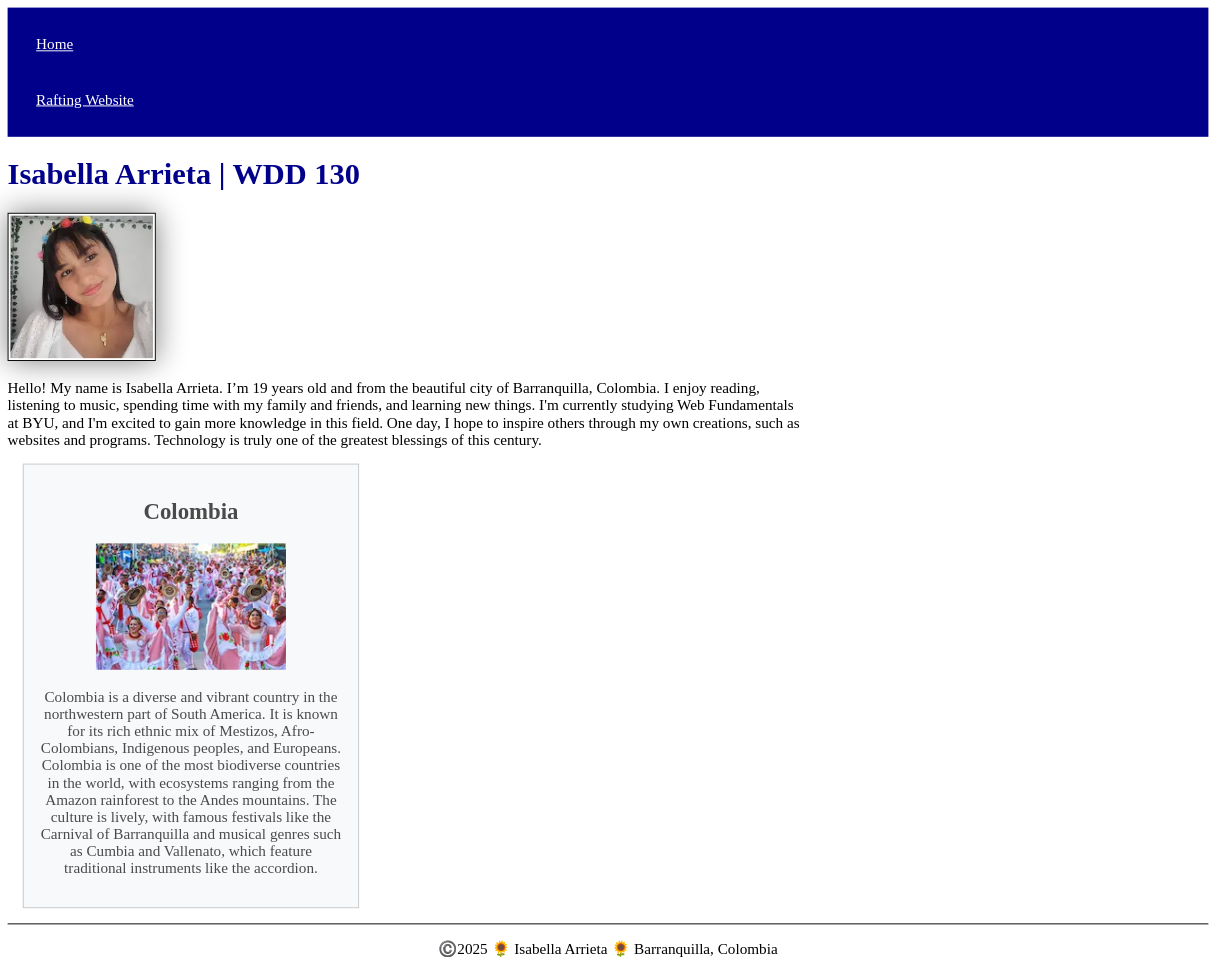
Repository: isaAJ05/wdd130
Page: index.html
An editor plug-in stored every save of this project. The page is shown before and after the next save, followed by the edit.
The browser window is 1280 px wide. The pictures show the whole page, at 95% of full size.

Above is the page before, as saved 2025-05-15 13:03:08.

After the next save:
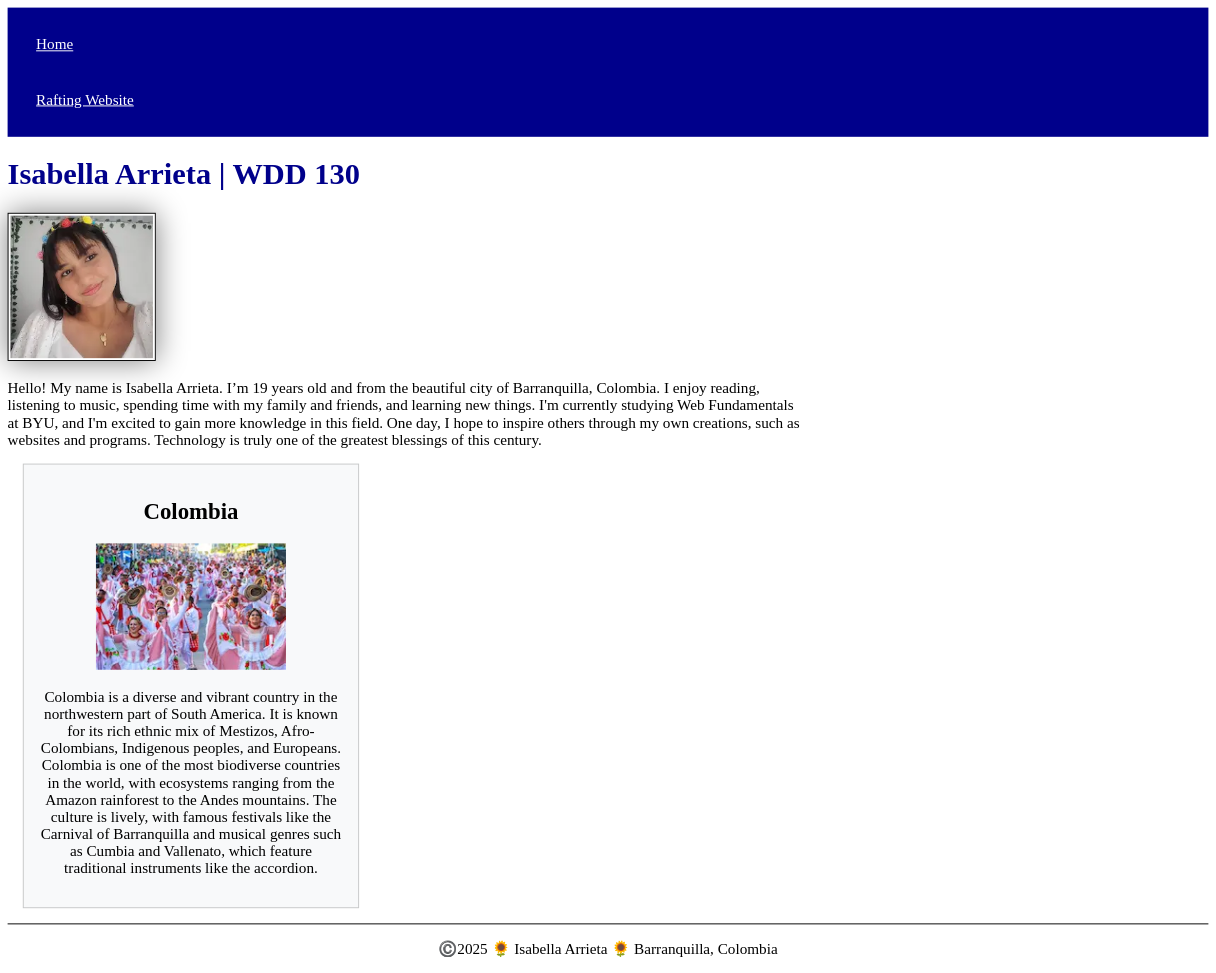
Saved 2 min 29 s later.
--- a/styles/styles.css
+++ b/styles/styles.css
@@ -35,7 +35,7 @@ aside{
     border: 1px solid rgb(0 0 0 / 0.2);
     padding: 1rem;
     background-color: #f8f9fa;
-    color: hsla(200,0%,0%,.7);
+    color: black;
     text-align: center;
 }
 

After the save that followed:
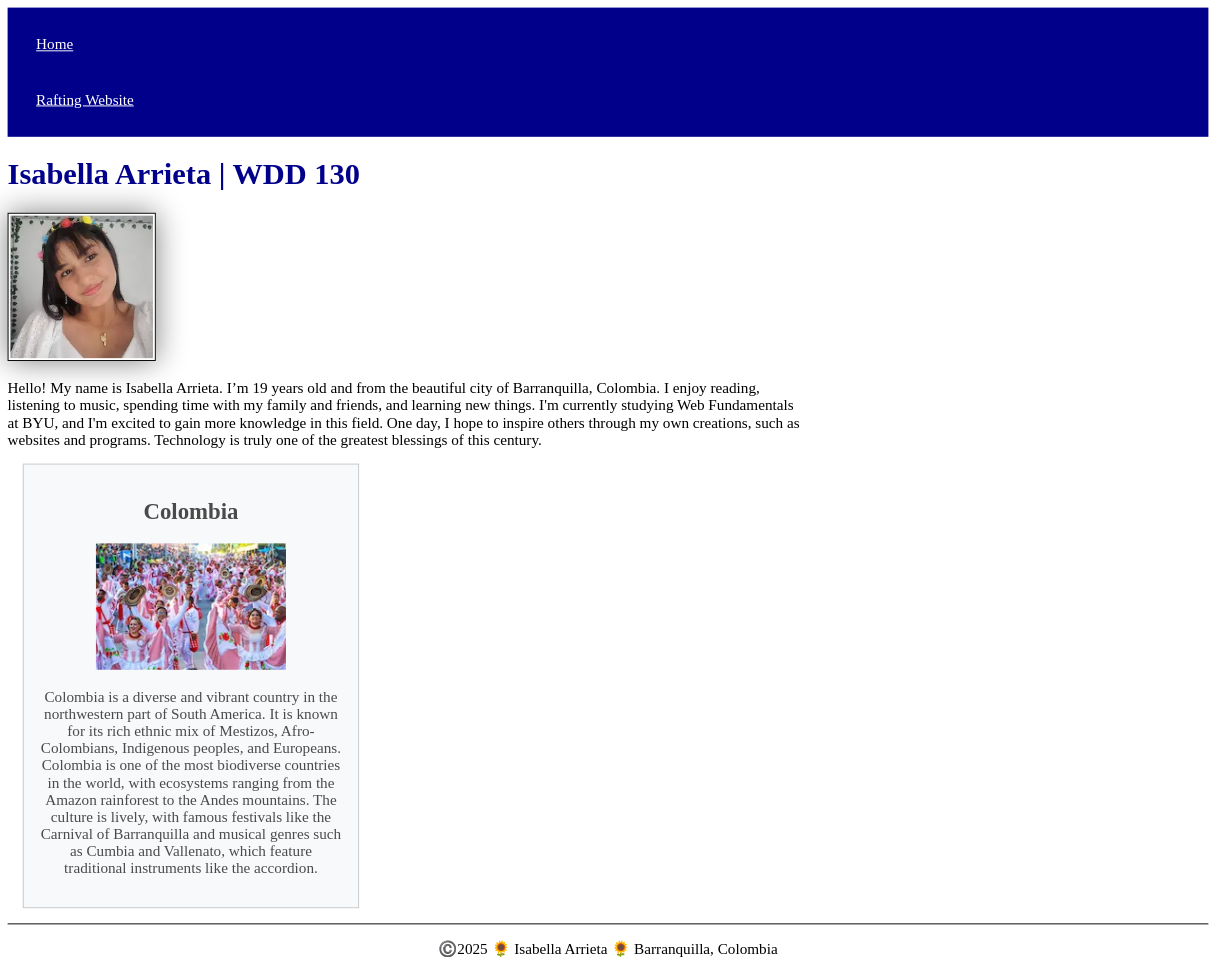
Saved 40 s later.
--- a/styles/styles.css
+++ b/styles/styles.css
@@ -35,7 +35,7 @@ aside{
     border: 1px solid rgb(0 0 0 / 0.2);
     padding: 1rem;
     background-color: #f8f9fa;
-    color: black;
+    color: hsla(200,0%,0%,.7);
     text-align: center;
 }
 
